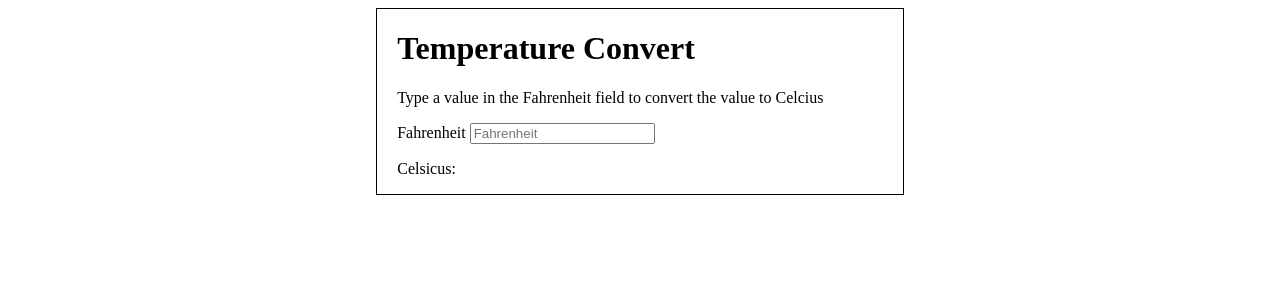
Repository: tungts3qb/BTCodeGym
Page: temprate-convert.html
These files come from the project's save history. The page is drawn as it stood at one moment and after the next save; the edit follows.
The browser window is 1280 px wide. The pictures show the whole page.

Above is the page before, as saved 2023-01-11 14:31:00.

### temprate-convert.html
<!DOCTYPE html>
<html lang="en">
  <head>
    <meta charset="UTF-8" />
    <meta http-equiv="X-UA-Compatible" content="IE=edge" />
    <meta name="viewport" content="width=device-width, initial-scale=1.0" />
    <title>[Thực hành] Chuyển đổi nhiệt độ</title>
  </head>
  <body>
    <style>
      #form {
        width: 40%;
        margin: 0 auto;
        border: 1px solid black;
        padding-left: 20px;
      }
    </style>
    <form action="" id="form">
      <h1>Temperature Convert</h1>
      <p>
        Type a value in the Fahrenheit field to convert the value to Celcius
      </p>
      <label>Fahrenheit</label>
      <input
        type="number"
        name=""
        id="inputFahrenheit"
        placeholder="Fahrenheit"
        oninput="temperatureConverter(this.value)"
      />
      <p>Celsicus: <span id="outputCelsius"></span></p>
    </form>
    <script>
      function temperatureConverter(valNum) {
        valNum = parseFloat(valNum);
        if (isNaN(valNum)) {
          document.getElementById("outputCelsius").innerHTML = "";
        } else {
          document.getElementById("outputCelsius").innerHTML =
            (valNum - 32) / 1.8;
        }
      }
    </script>
  </body>
</html>

After the next save:
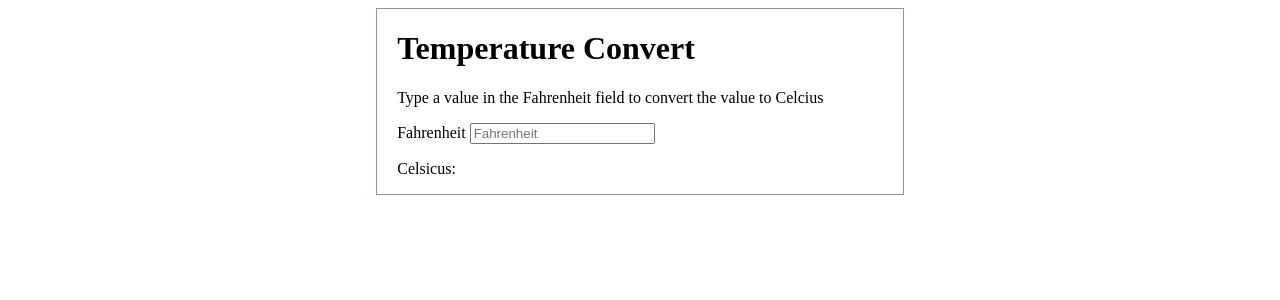
Saved 5 s later.
--- a/temprate-convert.html
+++ b/temprate-convert.html
@@ -11,7 +11,7 @@
       #form {
         width: 40%;
         margin: 0 auto;
-        border: 1px solid black;
+        border: 1px solid rgb(158, 145, 145);
         padding-left: 20px;
       }
     </style>
